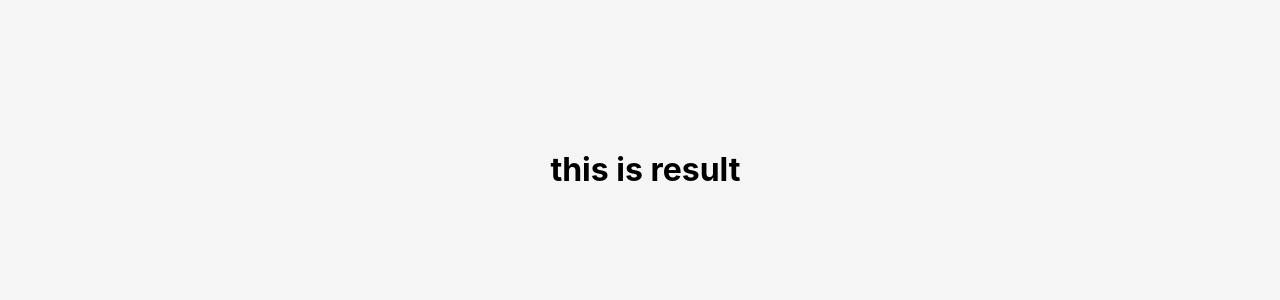
Repository: ehabmelhem/React-Redux--todoapp
Page: /result (app in todoapp/)
The author's editor kept a copy of each file at every save. The page is drawn from the files as they stood at one save, then again after a run of saves.
The browser window is 1280 px wide. The pictures show the whole page.
The project was rebuilt for these pictures with package versions that can differ from the ones it lists, and the page was loaded fresh each time. Also part of the build but not shown: todoapp/src/Compents/Todo.css, todoapp/src/Compents/Todo.js.

Above is the page before, as saved 2021-01-30 19:37:42.

### todoapp/src/index.js
import React from "react";
import ReactDOM from "react-dom";
import "./index.css";
import App from "./App";
import reportWebVitals from "./reportWebVitals";
import { Provider } from "react-redux";
import store from "./redux/store";
ReactDOM.render(
  <React.StrictMode>
    <Provider store={store}>
      <App />
    </Provider>
  </React.StrictMode>,
  document.getElementById("root")
);

// If you want to start measuring performance in your app, pass a function
// to log results (for example: reportWebVitals(console.log))
// or send to an analytics endpoint. Learn more: https://bit.ly/CRA-vitals
reportWebVitals();

### todoapp/src/App.js
import { useState } from "react";
import "./App.css";
import Result from "./Compents/Result";
import IconButton from "@material-ui/core/IconButton";
import AddIcon from "@material-ui/icons/Add";
import { useSelector, useDispatch } from "react-redux";
import { addTodo } from "./redux/action";
import { BrowserRouter as Router, Switch, Route, Link } from "react-router-dom";
function App() {
  const [input, setInput] = useState("");
  const [id, setId] = useState(0);
  const dispatch = useDispatch();
  const todos = useSelector((state) => state.todos.todos);
  const clickhandler = (e) => {
    e.preventDefault();
    dispatch(addTodo(input, id));
    setId(id + 1);
    setInput("");
  };
  return (
    <Router>
      <div className="app">
        <div className="container">
          <Switch>
            <Route path="/result">
              <Result />
            </Route>
            <Route path="/">
              <form className="flex">
                <input
                  value={input}
                  onChange={(e) => {
                    setInput(e.target.value);
                  }}
                  autoFocus
                  placeholder="todoapp..."
                  type="text"
                />
                <IconButton
                  disabled={!input}
                  onClick={clickhandler}
                  type="submit"
                  className={input ? "addbtn" : "st"}
                >
                  <AddIcon />
                </IconButton>
              </form>
              <Link to="/result">
                <button
                  disabled={!todos[0]}
                  className={todos[0] ? "btn" : "stam"}
                >
                  Go to result
                </button>
              </Link>
            </Route>
          </Switch>
        </div>
      </div>
    </Router>
  );
}

export default App;

### todoapp/src/App.css
.addbtn {
  color: lightcoral !important;
}
body {
  background-color: whitesmoke;
}
.container {
  margin-left: 43vw;
  margin-top: 150px;
  width: fit-content;
}
.flex {
  width: fit-content;
  border: 1px solid lightcoral;
  display: flex;
  align-items: center;
  border-radius: 999px;
}
.flex > input {
  margin-left: 10px;
  padding: 7px;
  border: none;
  outline: none;
  background-color: whitesmoke;
}
.btn {
  margin-top: 10px;
  width: 100%;
  height: 30px;
  color: white;
  background-color: lightcoral;
  border: none;
  outline: none;
  border-radius: 999px;
  cursor: pointer;
  transition: transform 150ms ease-in-out;
}
.btn:hover {
  color: lightcoral;
  background-color: whitesmoke;
  border: 1px solid lightcoral;
}
.btn:active {
  transform: scale(0.75);
}
.stam {
  margin-top: 10px;
  width: 100%;
  height: 30px;
  color: white;
  background-color: lightgray;
  border: none;
  outline: none;
  border-radius: 999px;
}

### todoapp/src/Compents/Result.js
import React from "react";
import "./Result.css";
import { useSelector } from "react-redux";
import Todo from "./Todo";
function Result() {
  const todos = useSelector((state) => state.todos.todos);
  return (
    <div className="result">
      <h1>this is result</h1>
      {todos.map((elm) => (
        <h3>
          <Todo text={elm.content} id={elm.id} />
        </h3>
      ))}
    </div>
  );
}

export default Result;

### todoapp/src/redux/action.js
import { ADD_TODO, REMOVE__TODO } from "./ActionTypes";

export const addTodo = (content, id) => ({
  type: ADD_TODO,
  payload: {
    content,
    id,
  },
});
export const removeTodo = (id) => ({
  type: REMOVE__TODO,
  payload: {
    id,
  },
});

### todoapp/src/redux/reducers/index.js
import { combineReducers } from "redux";
import todos from "./todo";
export default combineReducers({ todos });

### todoapp/src/Compents/Result.css
.result {
  width: 250px;
}

### todoapp/src/redux/ActionTypes.js
export const ADD_TODO = "ATT_TODO";
export const REMOVE__TODO = "REMOVE__TODO";

### todoapp/src/redux/reducers/todo.js
import { ADD_TODO, REMOVE__TODO } from "../ActionTypes";
const initialState = {
  todos: [],
};

const todoReducer = (state = initialState, action) => {
  switch (action.type) {
    case ADD_TODO: {
      const { content, id } = action.payload;
      return {
        ...state,
        todos: [...state.todos, { content, id }],
      };
    }
    case REMOVE__TODO: {
      const { id } = action.payload;
      let index = state.todos.findIndex((task) => task.id === id);
      if (index > -1) {
        state.todos.splice(index, 1);
      }

      console.log(state.todos);

      return {
        ...state,
        todos: [...state.todos],
      };
    }
    default:
      return state;
  }
};

export default todoReducer;

Loaded but not shown: todoapp/public/index.html (common file); todoapp/src/index.css (common file); todoapp/src/reportWebVitals.js (common file); todoapp/src/redux/store.js (common file)

After the next 6 saves:
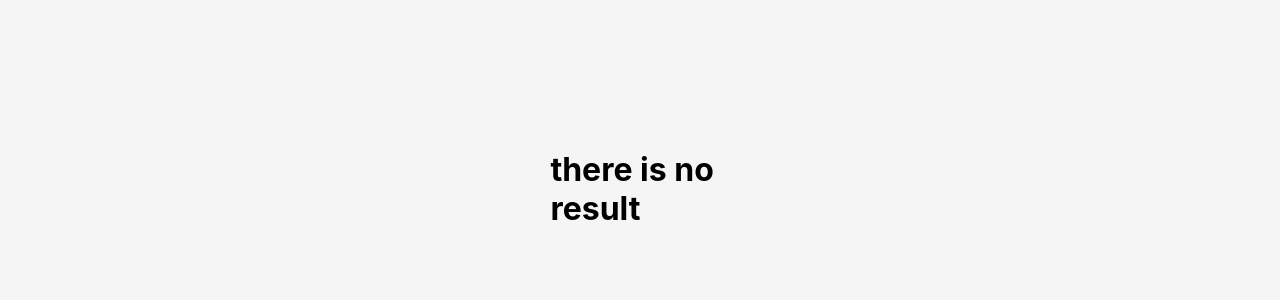
The 6 saves are shown as one change because 3 did not build or start and some came seconds apart.
The last was saved 100 s later.
--- a/todoapp/src/Compents/Result.js
+++ b/todoapp/src/Compents/Result.js
@@ -6,7 +6,7 @@ function Result() {
   const todos = useSelector((state) => state.todos.todos);
   return (
     <div className="result">
-      <h1>this is result</h1>
+      <h1>{todos[0] ? "this is result" : "there is no result"}</h1>
       {todos.map((elm) => (
         <h3>
           <Todo text={elm.content} id={elm.id} />
